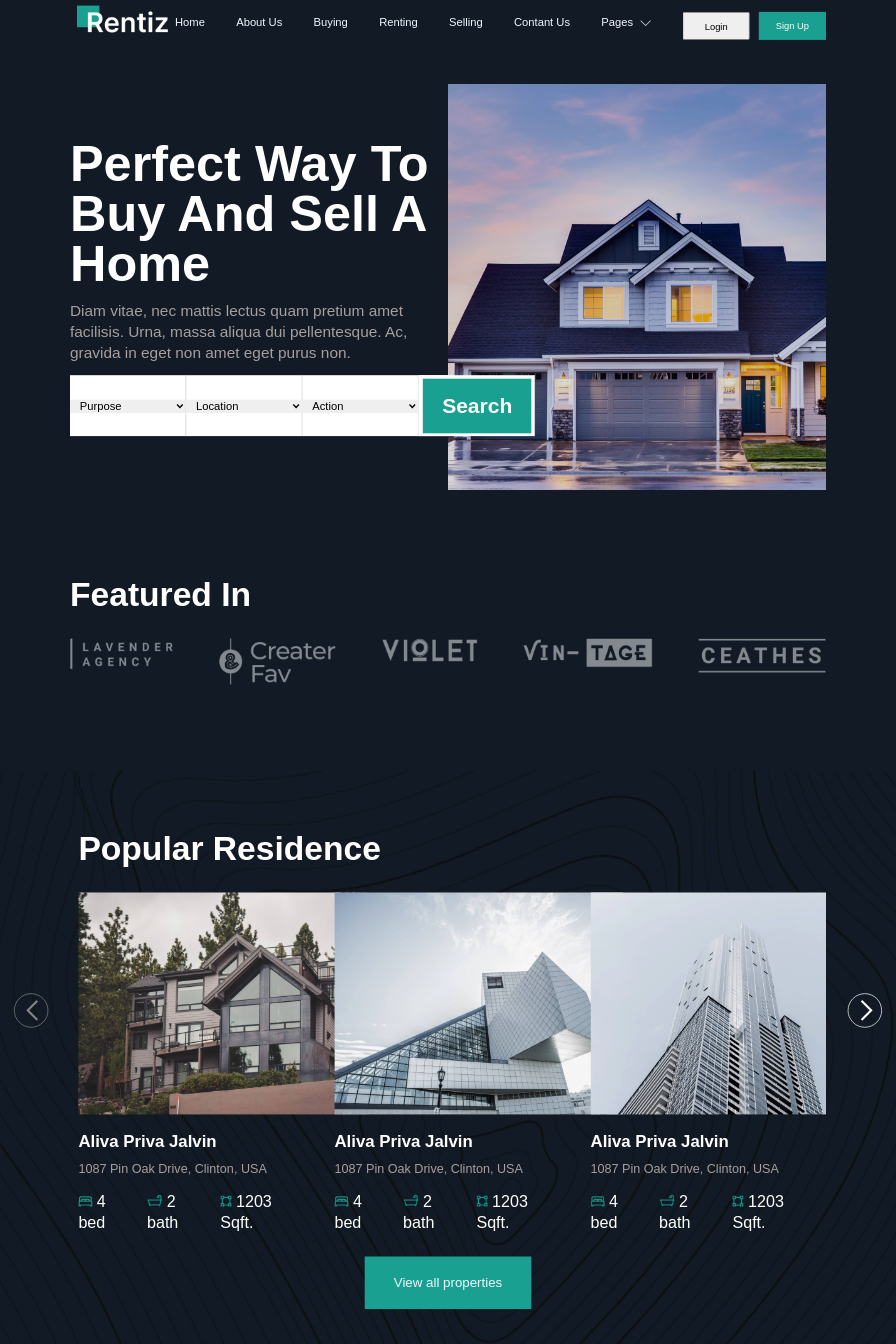
Repository: tung1233hhhhhhhhhhhhh/WebClone-Home
Page: index.html
These files come from the project's save history. The page is drawn as it stood at one moment and after the next save; the edit follows.
The browser window is 1280 px wide. The pictures show the part of the page from y = 0 to 1920 px (the page is 4580 px tall), at 70% of full size.

Above is the page before, as saved 2023-05-30 15:04:14.

After the next save:
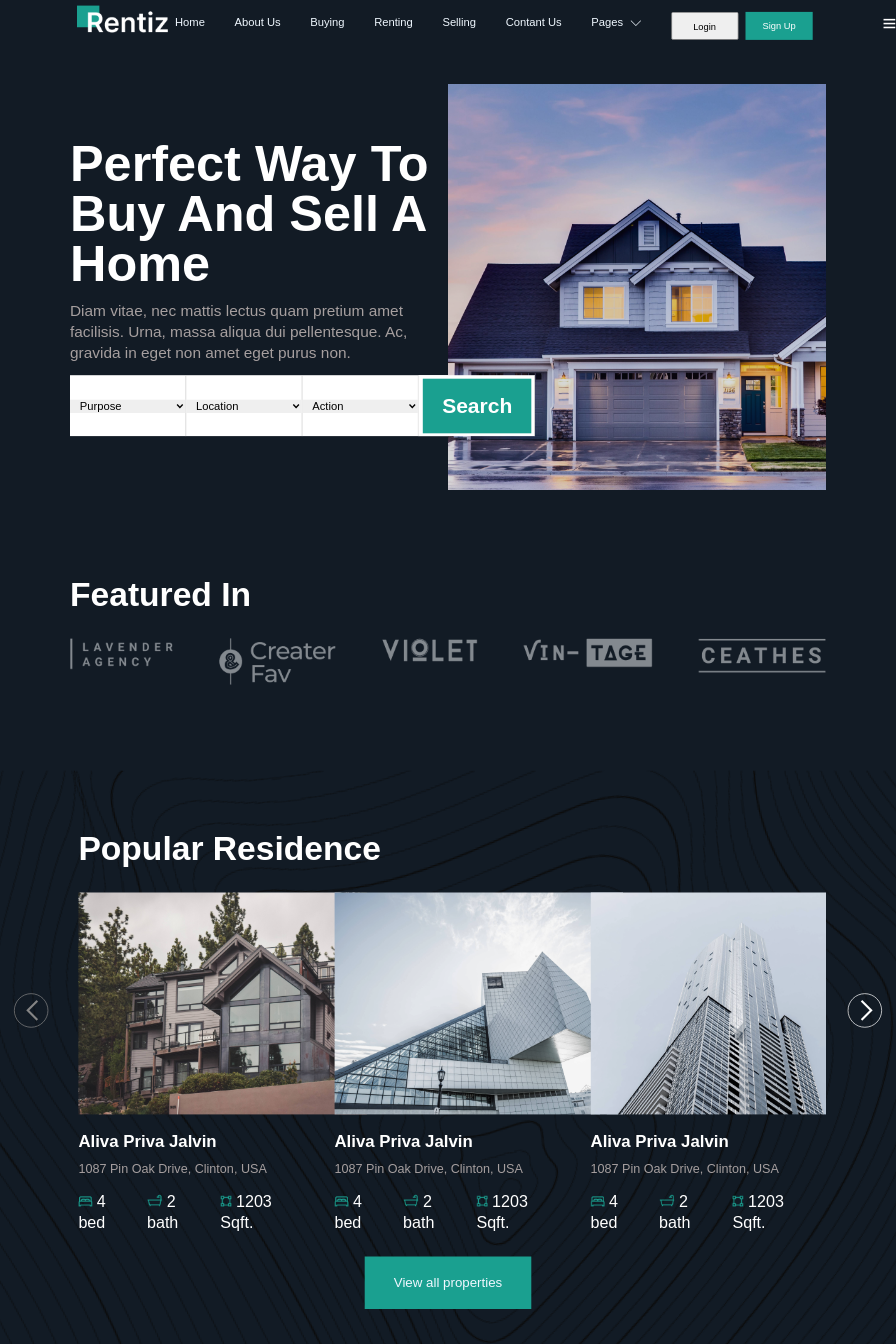
Saved 2 min 18 s later.
--- a/index.html
+++ b/index.html
@@ -41,6 +41,9 @@
                 <li><button class="nav-btn-login">Login</button></li>
                 <li><button class="nav-btn-signup">Sign Up</button></li>
             </ul>
+            <div class="navbar">
+                <i class="ti-menu"></i>
+            </div>
         </div>
     </div>
 
